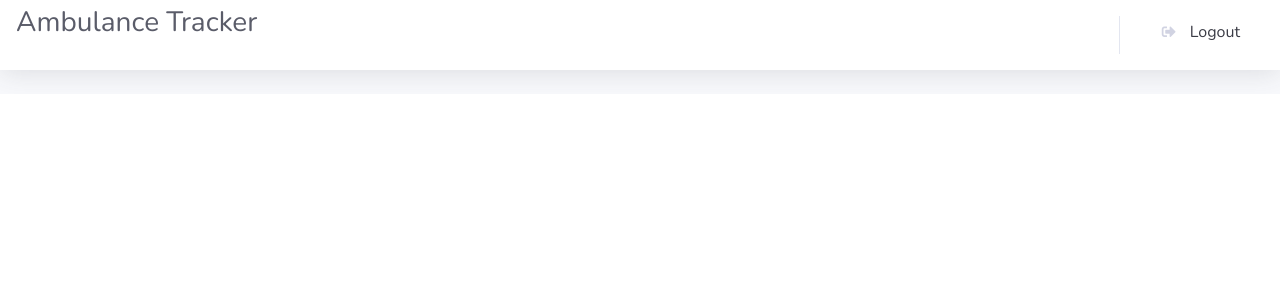
Repository: namitgoel/AmbulanceTrackerApp2.0
Page: http://localhost/driver/
These files come from the project's save history. The page is drawn as it stood at one moment and after the next save; the edit follows.
The browser window is 1280 px wide. The pictures show the whole page.
Some web libraries are served in a nearby version. The page is served by the project's Node server (app.js).

Above is the page before, as saved 2021-06-22 20:06:44.

After the next save:
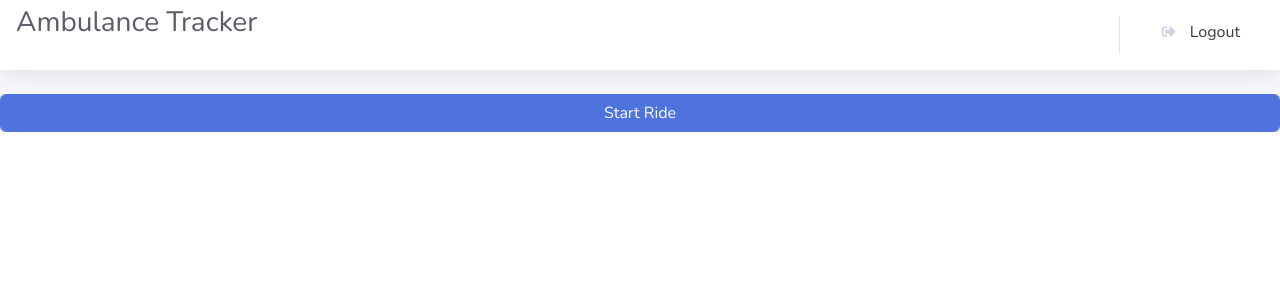
Saved 41 s later.
--- a/views/driverHome.ejs
+++ b/views/driverHome.ejs
@@ -55,11 +55,11 @@
 
               </nav>
 
-              <div class="d-none" id="start">
+              <div id="start">
                   <button type="submit" id="startride" onclick="start()" class="form-control btn btn-primary">Start Ride</button>
               </div>
 
-              <div class="endride0" id="end">
+              <div class="d-none" id="end">
                   <button type="submit" id="endride" onclick="check()" class="d-none form-control btn btn-primary">End Ride</button>
               </div>
 
